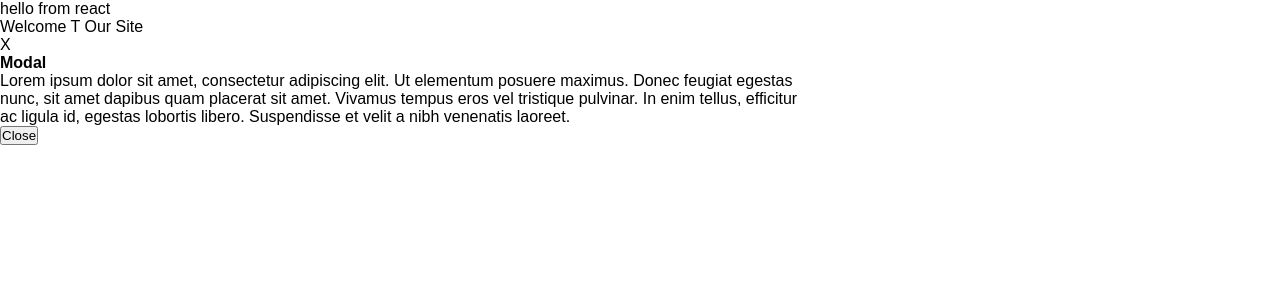
Repository: KrzysKolo/sr_tydzien5_zad1
Page: /
These files come from the project's save history. The page is drawn as it stood at one moment and after the next save; the edit follows.
The browser window is 1280 px wide. The pictures show the whole page.
The project was rebuilt for these pictures with package versions that can differ from the ones it lists, and the page was loaded fresh each time.

Above is the page before, as saved 2020-12-18 13:33:37.

After the next save:
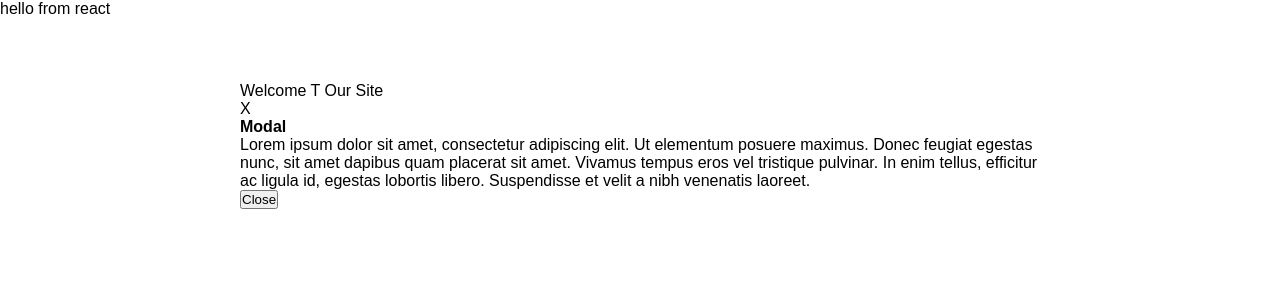
Saved 47 s later.
--- a/src/components/modal/Modal.css
+++ b/src/components/modal/Modal.css
@@ -10,5 +10,5 @@ body {
   background-color: #fff;
   width: 80%;
   max-width: 800px;
-  margin: 4re auto;
+  margin: 4rem auto;
 }
